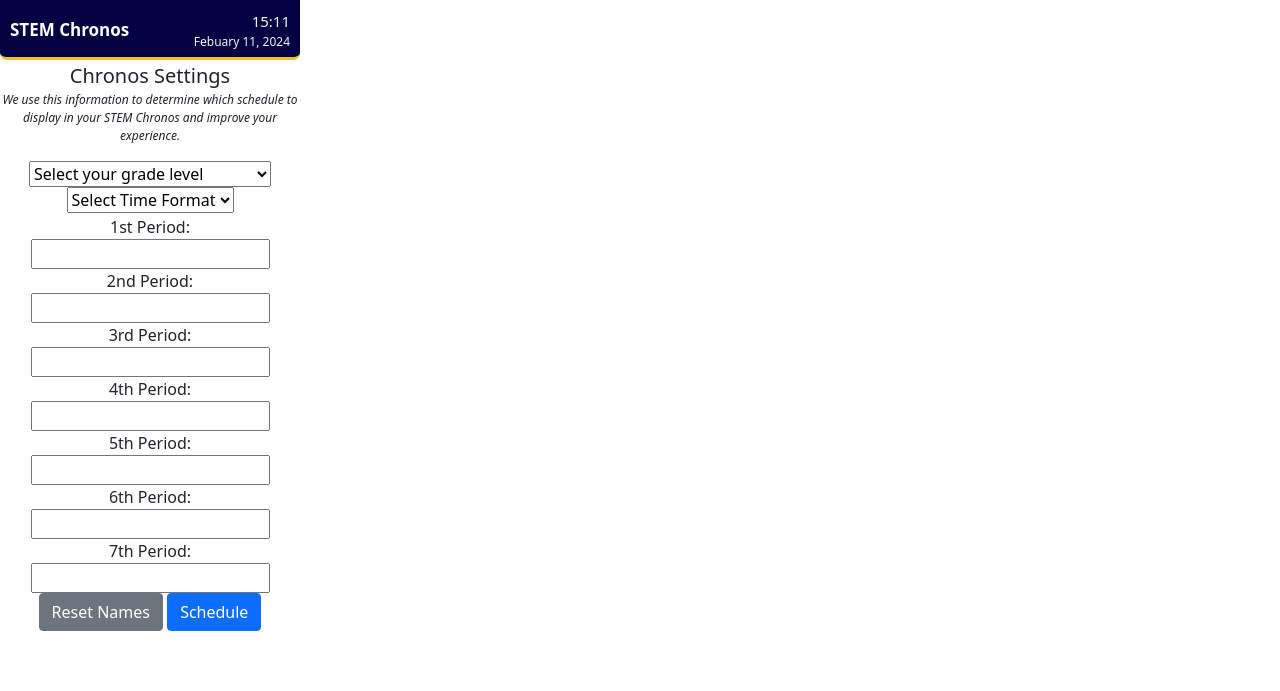
Repository: EvanHughes-dev/StemChronos
Page: StemChronos2.0/Settings/Settings.html
The author's editor kept a copy of each file at every save. The page is drawn from the files as they stood at one save, then again after the next save.
The browser window is 1280 px wide. The pictures show the whole page.

Above is the page before, as saved 2024-04-23 15:39:47.
Console error: TypeError: Cannot read properties of null (reading 'addEventListener')

### StemChronos2.0/Settings/Settings.html
<!Doctype html>
<html>
<!--
    Have all settings here
    i.e. Grade level
    Period names
    notifications
    -->
<head>

    <link href="Settings.css" rel="stylesheet" type="text/css">
    <link href="../index.css" rel="stylesheet" type="text/css">
    <link href="https://cdn.jsdelivr.net/npm/bootstrap@5.0.2/dist/css/bootstrap.min.css" rel="stylesheet" integrity="sha384-EVSTQN3/azprG1Anm3QDgpJLIm9Nao0Yz1ztcQTwFspd3yD65VohhpuuCOmLASjC" crossorigin="anonymous">

</head>
<body>
    <!--Title for Chronos-->
    <div class="title-row">
        <p class="title">STEM Chronos</p>
        <span id="CurrentTime" class="currentTime"></span>
        <span id="CurrentDate" class="date"></span>
    </div>


    <div name="Settings" class="Settings">
        <!--Title for the attribute-->
        <center>
            <div class="fs-5">
                Chronos Settings
            </div>

        </center>


        <p class="SettingsText">
            We use this information to determine
            which schedule to display in your STEM Chronos and improve your experience.
        </p>

        <center>
            <!--Change the Grade Level-->
            <select id="GradeLevel" >
                <option class="DefaultOption" value="NULL" selected disabled>Select your grade level</option>
                <option value="Fresh"> I am a Freshman/Sophomore</option>
                <option value="Sen">I am a Junior/Senior</option>
            </select>

            <select id="TimeMode">
                <option class="DefaultOption" value="NULL" selected disabled>Select Time Format</option>
                <option value="24Hour">24 hour</option>
                <option value="12Hour">12 hour</option>

            </select>
            <!--Set custom period names-->
            <div class="InputField" id="PeriodNameOBJ">
                <div class="PeriodInput">
                    <label for="First">1st Period:</label>
                    <input name="First" type="text" id="FirstVal" />
                </div>
                <div class="PeriodInput">
                    <label for="Second">2nd Period:</label>
                    <input name="Second" type="text" id="SecondVal" />
                </div>

                <div class="PeriodInput">
                    <label for="Third">3rd Period:</label>
                    <input name="Third" type="text" id="ThirdVal" />
                </div>
                <div class="PeriodInput">
                    <label for="Fourth">4th Period:</label>
                    <input name="Fourth" type="text" id="FourthVal" />
                </div>
                <div class="PeriodInput">
                    <label for="Fifth">5th Period:</label>
                    <input name="Fifth" type="text" id="FiffthVal" />
                </div>
                <div class="PeriodInput">
                    <label for="Sixth">6th Period:</label>
                    <input name="Sixth" type="text" id="SixthVal" />
                </div>
                <div class="PeriodInput">
                    <label for="Seventh">7th Period:</label>
                    <input name="Seventh" type="text" id="SeventhVal" />
                </div>

            </div>

            <!--Buttons-->
            <div class="footerOBJ">
                <button id="PeriodReset" class="btn btn-secondary">Reset Names</button>
                <button id="ScheduleBTN" class="btn btn-primary">Schedule</button>
            </div>
        </center>



    </div>


</body>
<script src="Settings.js"></script>
</html>

### StemChronos2.0/Settings/Settings.css
body {
    width: 300px;
    background-color: #Eeeef3;
    font-size:20px;
}
.Settings {
    margin-top:0px;
    width: 100%;
    height:200px;

}

.SettingsHeader {
    font-size: 25px;
    background: #Eeeef3;

    border-bottom: solid;
    border-width:1px;

}

.SettingsText {
    font-style: italic;
    text-align:center;
    font-size:12px;
}

select.DropDown {
    margin-left: 2px;
    width: 70%;
}


option:hover {
    background-color: #92cbdf;
}

.DefaultOption{

    color:gray;

}

option{

    color:black;
}
.InputField{
    padding-top:2px;
 }


.ToggleArrowHide{
    font-size: 20px;
    padding-left: 3px;
    transition: 1s;
}
    .ToggleArrowHide:hover{

        rotate: 90deg;
    }

    .ToggleArrowShow{
        font-size: 20px;
        padding-left: 3px;
        transition: 1s;
        rotate: 90deg;
    }
        .ToggleArrowShow:hover{

            rotate: 0deg;
        }

.ErrorBox{
    width:90%;
    margin-left:5%;
    display:block;
    background:red;
    z-index:20;
}

### StemChronos2.0/index.css
body {
    width: 300px;

    background-color: #Eeeef3;

    font-size: 15px;
}
.title-row {
	width: 100%;

	font-size: 17px;
	padding: 10px;
    height: 60px;
    margin-bottom: 1px;
    background-color: #020141;
    border-bottom: solid;
    border-bottom-color: #EDC02D;
    border-radius: 0px 0px 7px 7px;
}

.title {
	float: left;
	color: white;
	margin: 6.5px 0;
	font-weight: 700;
}

.currentTime {
	float: right;
	font-size: 15px;
    color: whitesmoke;
}

.date {
	float: right;
	font-size: 12px;
	clear: right;
    color: whitesmoke;
}

tr{
font-size: 12px;
}
.CurrentPeriod {
    background-color: #92cbdf;
}

.CurrentPeriod:hover {
    background-color: #51abcb;
}

.TimeRemainingHolder {
    padding-top: 10px;
    padding-bottom: 10px;
    margin-right: 10px;
    margin-left: 10px;
}

.DailyMessageText{
    text-align:center;
}



    .DailyMessage {
        width: 100%;
        height: 100%;
        justify-content: center;
        align-items: center;
        background-color: whitesmoke;
        /* border-bottom: solid 1px gray;
        border-left: solid 1px gray;
        border-radius: 0px 0px 0px 7px; */
        display: block;
    }
.DailyMessageText {
    margin-top: 10px;
    text-align: center;
}

.DailyMessageHeader {
    margin-top:5px;
    text-align: center;
    font-size:20px;
}
.LetterDay {
    margin-top: 5px;
    width: 75px;
    height: 50%;
    margin-left: 5px;
    align-content: center;
    vertical-align: central;
    background-color: lightgray;
}
.LetterDayInside {
    align-content: center;
    vertical-align: central;
    padding: 5px 5px 5px 5px;
}

.navy {
    background-color: #020141;
}



.flex-child {
    flex: 1;

    padding-right:5px;
    padding-left:5px;
}

    .flex-child:first-child {

        flex: 0;

        width: 100%;
        height: 100%;


    }

#FooterTable{
    padding-top: 0px;
    width:100%;
    height: 10px;

}

    #FooterTable th{
        width:50%;
        height:10px;

    }

br{

    margin:0px;
}
.SettingBtn {
    color: #6f7273;
    width: 50%;
    text-decoration: none;
    font-size: 25px;
}
.SettingBtn:hover{
     cursor: pointer;

}

.ReportBtn {
    color: #6f7273;
    width: 50%;
    text-decoration: none;
    font-size: 25px;
}

    .ReportBtn:hover {
        cursor: pointer;
    }





    .TimeLeft{
        margin: 2px;
    }

### StemChronos2.0/Settings/Settings.js

/*
 * @EHughes
 * Javascript control for Settings.html
 * Initial() runs on page load
 *
 * Future maintainers,
 * Please comment code well.
 * Comment what each function does and where it is called from.
 * As well as the general gist of if statements if there are variables that change values often
 * -EHughes
 */

const AllMonths = ["January", "Febuary", "March", "April", "May", "June", "July", "Agust", "September", "October", "November", "December"];
const PeriodID = ["FirstVal", 'SecondVal', 'ThirdVal', 'FourthVal', 'FiffthVal', 'SixthVal', 'SeventhVal']
const PeriodInputID = ['FirstValToggle', 'SecondValToggle', 'ThirdValToggle', 'FourthValToggle', 'FiffthValToggle', 'SixthValToggle', 'SeventhValToggle'];

function Initial() {//called on script load

	SetDefaultSelect();//Sets deault values for the selects if there are any
	SetDateAndTime();//Sets the header date and time
	SetCustomNameText();//Checks if there are names saved and displays them
	AddEventListeners()//add all needed event listeners

}

function SetDefaultSelect() {//called from Initial()
	if (localStorage.getItem('Year') != null) {//if there is a value
		document.getElementById("GradeLevel").value = localStorage.getItem('Year');//set the grade level to it
	}

	if (localStorage.getItem('TimeMode') != null) {//if there is a value
		document.getElementById('TimeMode').value = localStorage.getItem('TimeMode');//set the time mode to it
	}
}

function UpdateGradeLevel() {//called from AddEventListeners()
	//sets new grade level
	localStorage.setItem("Year", document.getElementById("GradeLevel").value)
}

function UpdateTimeMode() {//called from AddEventListeners()
	//sets new time mode 12 vs 24 hour
	localStorage.setItem("TimeMode", document.getElementById("TimeMode").value)
}

function AddEventListeners() {//called from Initial()

	document.getElementById("GradeLevel").addEventListener("change", () => { UpdateGradeLevel() });//Change grade level

	document.getElementById("TimeMode").addEventListener("change", () => { UpdateTimeMode() });//Change grade level

	document.getElementById("PeriodReset").addEventListener("click", () => { ClearCustomNames() });//Clear all names BTN

	document.getElementById("ScheduleBTN").addEventListener("click", () => { BackToSchedule() });//Go back to schedule BTN

	for (var i = 0; i < PeriodID.length; i++) {//Add event listener for all schedule name inputs
		document.getElementById(PeriodID[i]).addEventListener("change", (source) => {

			SavePeriodNames(source.target.id);//save the period name asscociated with this objects id
		})
	}

	for (let i = 0; i < PeriodInputID.length; i++) {//Add eventlisteners to all schedule input toggle arrows
		const element = PeriodInputID[i];//id for element

		document.getElementById(element).addEventListener("click", (source)=>{//add the listener and pass the object
			ToggleInput(source.target.id)//toggle display of input field and pass the target id
		})

	}


}

function SetDateAndTime() {//called from Initial()
	//Display the date and time for the Chronos header
	const d = new Date();//Current date
	let hour = d.getHours();//Current hour in 24-hour
	let minutes = d.getMinutes();//Current Minute

	let month = d.getMonth();//current month 0-11
	let day = d.getDate();//current day
	let year = d.getFullYear();//current full year

	document.getElementById("CurrentDate").innerHTML = AllMonths[month] + " " + day + ", " + year;//set the day month, year display

	if (minutes < 10) {//If minutes is less than 10
		document.getElementById("CurrentTime").innerHTML = hour + ":0" + minutes;//add a zero before minutes to maintain format
	} else {
		document.getElementById("CurrentTime").innerHTML = hour + ":" + minutes;//just a the minutes
	}

}

function SavePeriodNames(value) {//called from AddEventListeners()

	for (var i = 0; i < PeriodID.length; i++) {

		var LocalStorageI = i + 1;//LocalStorageI since local storage name is one greater then the i value

		if (PeriodID[i] == value) {

			var InputValue = document.getElementById(PeriodID[i]).value;//value inputed into field

			if (InputValue == "" || InputValue == null) {

				localStorage.removeItem("Period" + LocalStorageI)//remove value if field was cleared
				break;//stop running

            }
			localStorage.setItem("Period" + LocalStorageI, InputValue);//set new value
			break;
        }

    }


}


function ClearCustomNames() {//called from AddEventListeners() && SavePeriodNames()
	//remove all period
	for (var i = 1; i <= 7; i++) {

		window.localStorage.removeItem("Period" + i)//remove period from storage

	}
	SetCustomNameText();//display cleared names
}

function SetCustomNameText() {//called from Initial() && ClearCustomNames()
	for (var i = 0; i < 7; i++) {
		var LocalStorageI = i + 1;//LocalStorageI since local storage name is one greater then the i value
		if (localStorage.getItem("Period" + LocalStorageI) != null) {//if there is a value
			document.getElementById(PeriodID[i]).value = localStorage.getItem("Period" + LocalStorageI);//display it
		} else {//if there isnt a value
			document.getElementById(PeriodID[i]).value = "";//display nothing
        }
	}
}


function BackToSchedule() {//called from AddEventListeners()

	if(localStorage.getItem("Year")==null){
		alert("Ensure you select a grade level")
		return
	}
	window.location = "../index.html";

}


function ToggleInput(sourceId){//Toggles input fields for period names. Called from AddEventlisteners()

	for (let i = 0; i < PeriodInputID.length; i++) {//loop through all option
		const element = PeriodInputID[i];//check value of current index

		if(element==sourceId){//if it matches source id

			const InputElement=document.getElementById(PeriodID[i]);
			const ToggleElement=document.getElementById(PeriodInputID[i]);

			console.log(InputElement.style.display)
			//this part deals with displaying the input field for that object
			if(InputElement.style.display=="none" ||InputElement.style.display==""){//if it is not displayed or not set
				InputElement.style.display="revert";//display it
			}else{//if it is diaplyed
				InputElement.style.display="none";//don't display it
			}

			//this section deals with turning the arrow so it is facing the right direction
			const ClassList = ToggleElement.classList;//get all class names of the object

			ClassList.forEach(element => {//for each class
				if(element=="ToggleArrowShow"){//check if class name 1 exists
					ToggleElement.classList.remove("ToggleArrowShow");//turn off class name 1
					ToggleElement.classList.add("ToggleArrowHide");//turn on class name 2
				}else if(element=="ToggleArrowHide"){//else if class name 2 exists
					ToggleElement.classList.remove("ToggleArrowHide");//turn off class name 2
					ToggleElement.classList.add("ToggleArrowShow");//turn on class name 1
				}
			});

			break;
		}

	}

}

Initial()//starts the scripts needed on launch

After the next save:
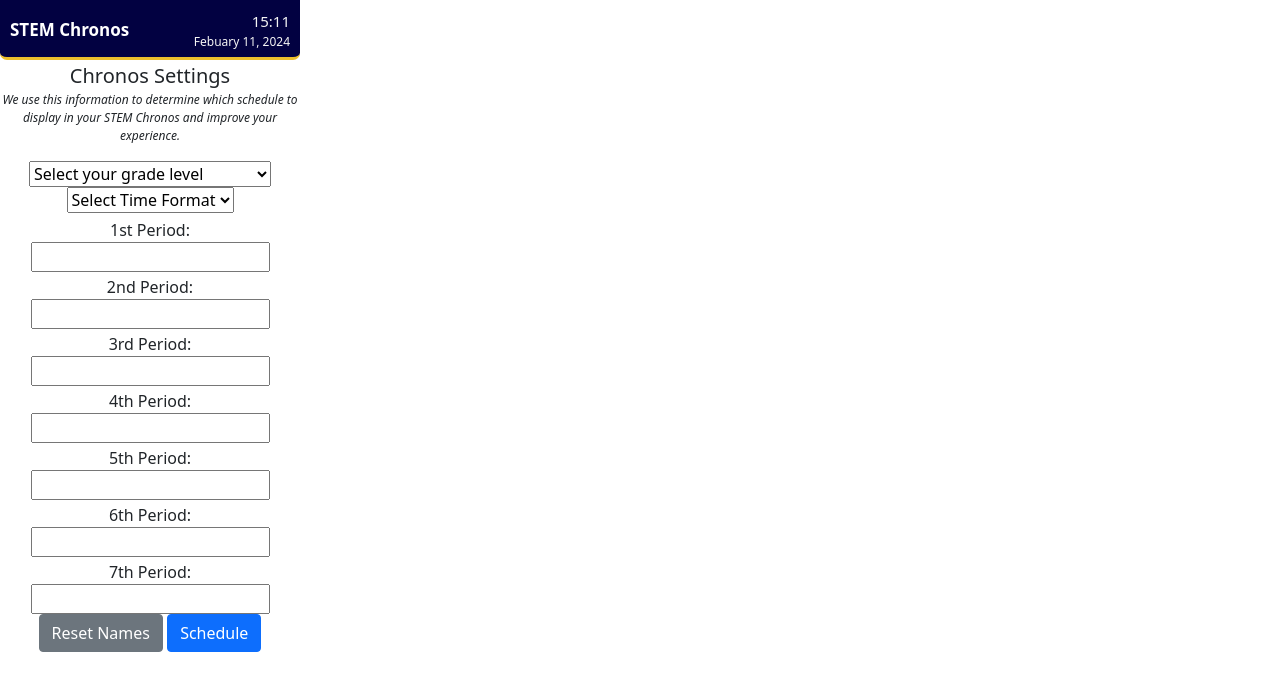
Saved 20 s later.
--- a/StemChronos2.0/Settings/Settings.css
+++ b/StemChronos2.0/Settings/Settings.css
@@ -78,3 +78,7 @@ option{
     background:red;
     z-index:20;
 }
+
+.PeriodInput{
+    padding-top: 3px;
+}
